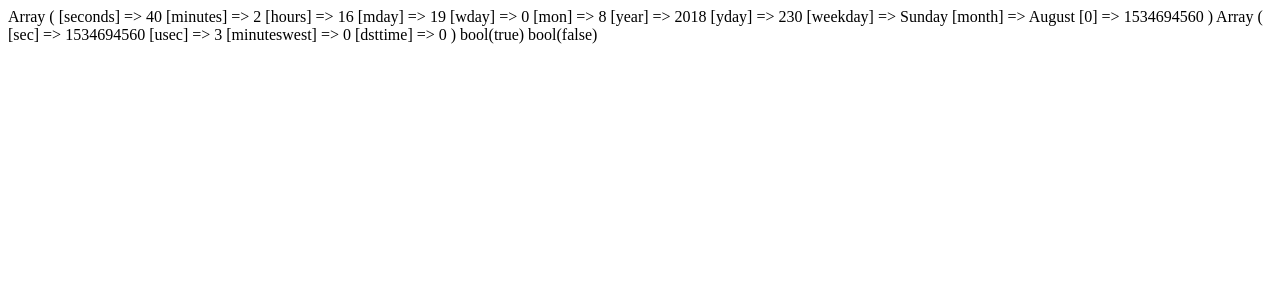
Repository: xiangyu-lin/Python_module
Page: http://localhost/9-dateAndTime/9-6otherFunc.php
These files come from the project's save history. The page is drawn as it stood at one moment and after the next save; the edit follows.
The browser window is 1280 px wide. The pictures show the whole page.
The page is run by PHP 8.4 with error messages shown; the project is at /var/www/html/.

Above is the page before, as saved 2018-08-20 15:06:11.

### demo/9-dateAndTime/9-6otherFunc.php
<?php
// // 其他常用时间函数

// getdate()  gettimeofday() checkdate()

print_r(getdate()); // 返回数组

print_r(gettimeofday());

var_dump(checkdate(8, 12, 2018)); // 检测日期是否合法
var_dump(checkdate(13, 12, 2018)); // 检测日期是否合法

After the next save:
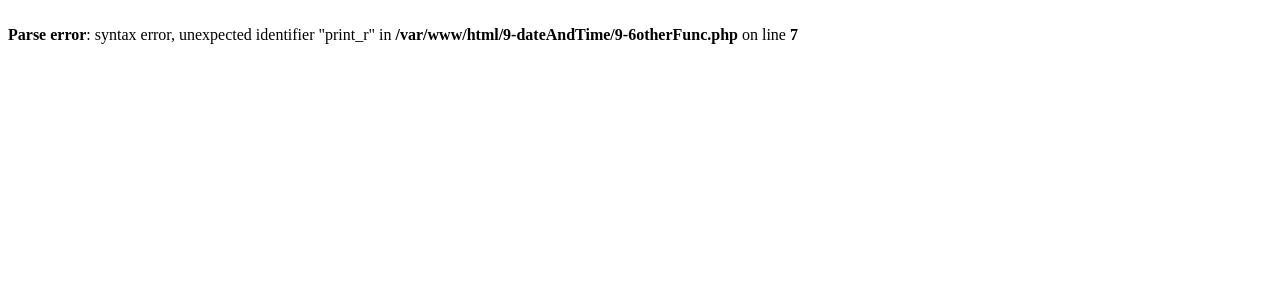
Saved 10 s later.
--- a/demo/9-dateAndTime/9-6otherFunc.php
+++ b/demo/9-dateAndTime/9-6otherFunc.php
@@ -3,6 +3,7 @@
 
 // getdate()  gettimeofday() checkdate()
 
+得到当前日期时间
 print_r(getdate()); // 返回数组
 
 print_r(gettimeofday());

After the save that followed:
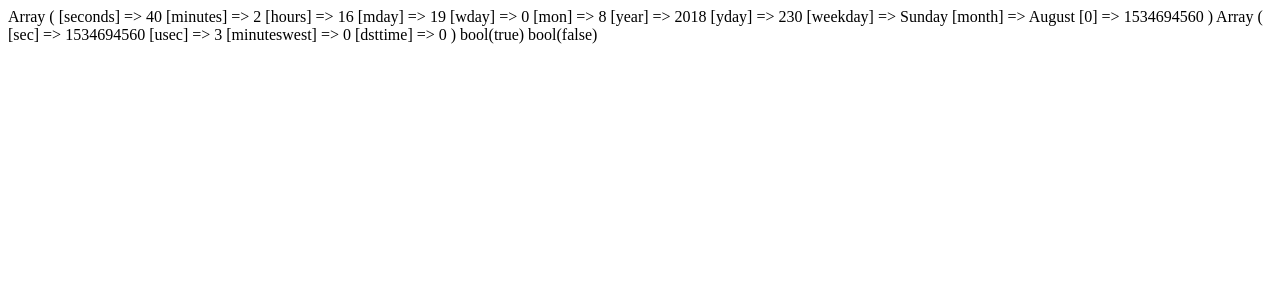
Saved 2 s later.
--- a/demo/9-dateAndTime/9-6otherFunc.php
+++ b/demo/9-dateAndTime/9-6otherFunc.php
@@ -3,7 +3,7 @@
 
 // getdate()  gettimeofday() checkdate()
 
-得到当前日期时间
+// 得到当前日期时间
 print_r(getdate()); // 返回数组
 
 print_r(gettimeofday());
